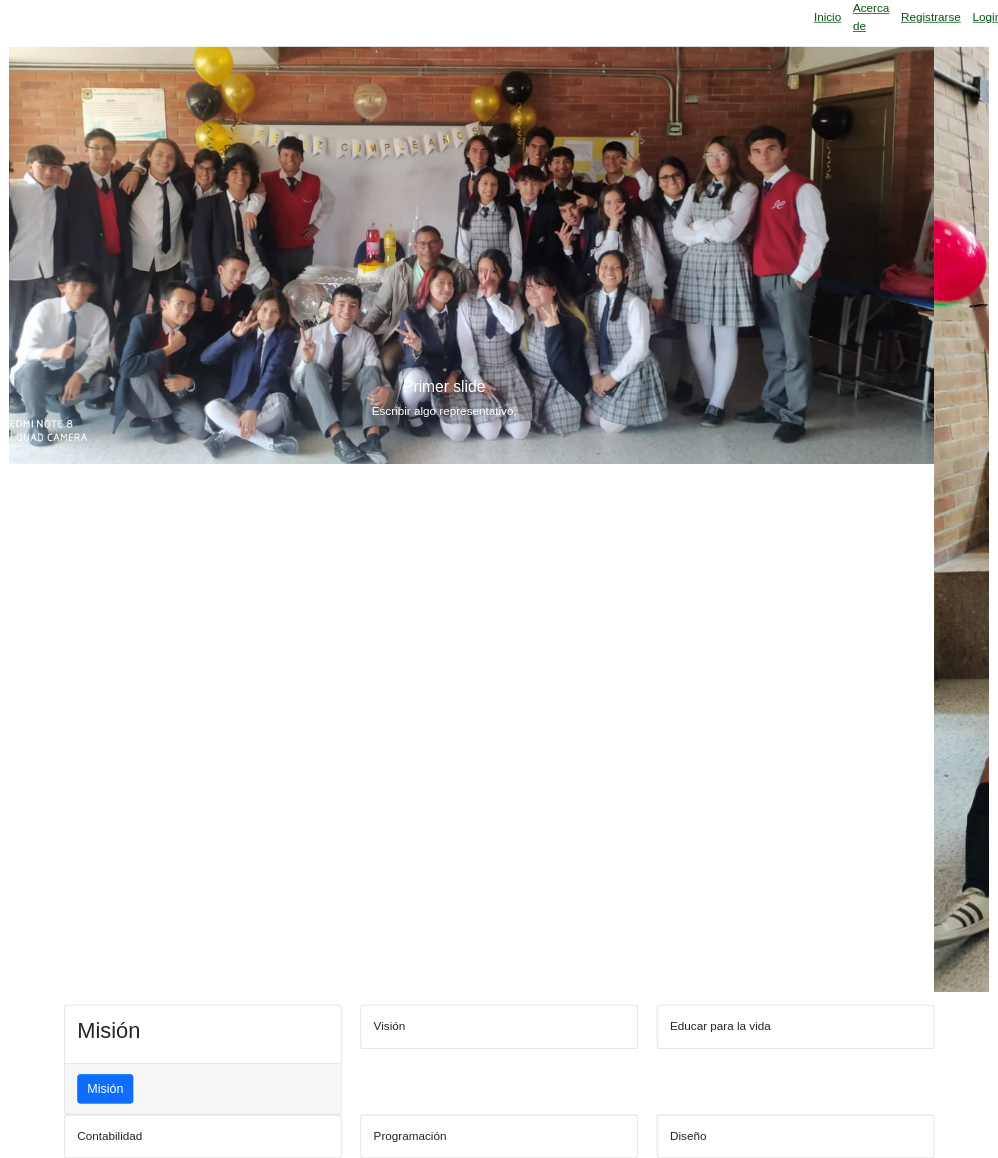
Repository: AntonnySant/webColegio
Page: index.html
These files come from the project's save history. The page is drawn as it stood at one moment and after a run of saves; the edit follows.
The browser window is 1280 px wide. The pictures show the whole page, at 78% of full size.

Above is the page before, as saved 2023-10-17 17:03:20.
Console error: TypeError: Cannot set properties of null (setting 'onclick')

### index.html
<!DOCTYPE html>
<html lang="en">

<head>
    <meta charset="UTF-8">
    <meta http-equiv="X-UA-Compatible" content="IE=edge">
    <meta name="viewport" content="width=device-width, initial-scale=1.0">
    <!-- Compiled and minified CSS -->
    <link href="https://cdn.jsdelivr.net/npm/bootstrap@5.0.2/dist/css/bootstrap.min.css" rel="stylesheet"
        integrity="sha384-EVSTQN3/azprG1Anm3QDgpJLIm9Nao0Yz1ztcQTwFspd3yD65VohhpuuCOmLASjC" crossorigin="anonymous">
    <link rel="stylesheet" type="text/css" href="./styles.css">

    <title>Document</title>
</head>

<body>
    <header class="header">
        <!-- <img src="https://juandelcorral.edu.co/wp-content/uploads/2023/03/escudo_2019_verde_fondo-670x1024.png"
            id="img_logo" alt="">
        <p>COLEGIO I.T.D. JUAN DEL CORRAL I.E.D.</p> -->
        <nav>
            <ul class="nav-right-section">
                <li><a href="#">Inicio</a></li>
                <li><a href="#">Acerca de</a></li>
                <li><a href="#">Registrarse</a>
                    <!-- <button id="openModal">Registrarse</button>
                    <div id="registrationModal" class="modal">
                        <div class="modal-content">
                            <span class="close" id="closeModal">&times;</span>
                            <h2>Registro</h2>
                            <form>
                                <label for="username">Nombre de usuario:</label>
                                <input type="text" id="username" name="username" required>
                                <label for="password">Contraseña:</label>
                                <input type="password" id="password" name="password" required>
                                <button type="submit">Registrarse</button>
                            </form>
                        </div>
                    </div> -->
                </li>
                <li><a href="#">Login</a>
                    <!-- <button id="openModalBtn">Iniciar sesión</button>
                    <div id="loginModal" class="modal">
                        <div class="modal-content">
                            <span class="close" id="closeModalBtn">&times;</span>
                            <h2>Iniciar sesión</h2>
                            <form>
                                <input type="text" placeholder="Usuario">
                                <input type="password" placeholder="Contraseña">
                                <button type="submit">Iniciar sesión</button>
                            </form>
                        </div>
                    </div> -->
                </li>
            </ul>
        </nav>
    </header>






    <div class="container-fluid">
        <!-- Carrosul dinamico con las 4 imagenes  -->
        <!-- <div class="container"> -->
        <div class="row py-3">
            <div id="carrusel" class="carousel slide" data-bs-ride="carousel">
                <div class="carousel-indicators">
                    <button type="button" data-bs-target="#carouselExampleCaptions" data-bs-slide-to="0" class="active"
                        aria-current="true" aria-label="Slide 1"></button>
                    <button type="button" data-bs-target="#carouselExampleCaptions" data-bs-slide-to="1"
                        aria-label="Slide 2"></button>
                    <button type="button" data-bs-target="#carouselExampleCaptions" data-bs-slide-to="2"
                        aria-label="Slide 3"></button>
                    <button type="button" data-bs-target="#carouselExampleCaptions" data-bs-slide-to="3"
                        aria-label="Slide 4"></button>
                </div>
                <div class="carousel-inner">
                    <div class="carousel-item active">
                        <img src="foto1.jpeg" class="d-block w-100 img-fluid" alt="...">
                        <div class="carousel-caption d-none d-md-block">
                            <h5>Primer slide</h5>
                            <p>Escribir algo representativo.</p>
                        </div>
                    </div>
                    <div class="carousel-item">
                        <img src="foto2.jpeg" class="d-block w-100 img-fluid" alt="...">
                        <div class="carousel-caption d-none d-md-block">
                            <h5>Segundo slide</h5>
                            <p>Escribir algo representativo.</p>
                        </div>
                    </div>

                    <div class="carousel-item">
                        <img src="foto3.jpeg" class="d-block w-100 img-fluid" alt="...">
                        <div class="carousel-caption d-none d-md-block">
                            <h5>Tercer slide</h5>
                            <p>Escribir algo representativo.</p>
                        </div>
                    </div>

                    <div class="carousel-item">
                        <img src="foto4.jpeg" class="d-block w-100 img-fluid" alt="...">
                        <div class="carousel-caption d-none d-md-block">
                            <h5>Cuarto slide</h5>
                            <p>Escribir algo representativo.</p>
                        </div>
                    </div>
                </div>
                <button class="carousel-control-prev" type="button" data-bs-target="#carouselExampleCaptions"
                    data-bs-slide="prev">
                    <span class="carousel-control-prev-icon" aria-hidden="true"></span>
                    <span class="visually-hidden">Previous</span>
                </button>
                <button class="carousel-control-next" type="button" data-bs-target="#carouselExampleCaptions"
                    data-bs-slide="next">
                    <span class="carousel-control-next-icon" aria-hidden="true"></span>
                    <span class="visually-hidden">Next</span>
                </button>
                <!-- </div> -->
            </div>
        </div>
        <!--Cierre carrusel-->

        <div class="container">
            <div class="row">
                <div class="col">
                    <div class="card">
                        <div class="card-body">
                            <h3>Misión</h3>
                            <!-- Button trigger modal -->



                            <!-- Modal -->
                            <div class="modal fade" id="exampleModal" tabindex="-1" aria-labelledby="exampleModalLabel"
                                aria-hidden="true">
                                <div class="modal-dialog">
                                    <div class="modal-content">
                                        <div class="modal-header">
                                            <h5 class="modal-title" id="exampleModalLabel">Modal title</h5>
                                            <button type="button" class="btn-close" data-bs-dismiss="modal"
                                                aria-label="Close"></button>
                                        </div>
                                        <div class="modal-body">
                                            ...
                                        </div>
                                        <div class="modal-footer">
                                            <button type="button" class="btn btn-secondary"
                                                data-bs-dismiss="modal">Close</button>
                                            <button type="button" class="btn btn-primary">Save changes</button>
                                        </div>
                                    </div>
                                </div>
                            </div>
                        </div>
                        <div class="card-footer">
                            <button type="button" class="btn btn-primary" data-bs-toggle="modal"
                                data-bs-target="#exampleModal">
                                Misión
                            </button>
                        </div>
                    </div>
                </div>
                <div class="col">
                    <div class="card">
                        <div class="card-body">
                            Visión
                            <div class="modal" tabindex="-1">
                                <div class="modal-dialog">
                                    <div class="modal-content">
                                        <div class="modal-header">
                                            <h5 class="modal-title">Modal title</h5>
                                            <button type="button" class="btn-close" data-bs-dismiss="modal"
                                                aria-label="Close"></button>
                                        </div>
                                        <div class="modal-body">
                                            <p>Modal body text goes here.</p>
                                        </div>
                                        <div class="modal-footer">
                                            <button type="button" class="btn btn-secondary"
                                                data-bs-dismiss="modal">Close</button>
                                            <button type="button" class="btn btn-primary">Save changes</button>
                                        </div>
                                    </div>
                                </div>
                            </div>
                        </div>
                    </div>
                </div>
                <div class="col">
                    <div class="card">
                        <div class="card-body">
                            Educar para la vida
                        </div>
                    </div>
                </div>
            </div>
        </div>

        <div class="container">
            <div class="row">
                <div class="col">
                    <div class="card">
                        <div class="card-body">
                            Contabilidad
                        </div>
                    </div>
                </div>
                <div class="col">
                    <div class="card">
                        <div class="card-body">
                            Programación
                        </div>
                    </div>
                </div>
                <div class="col">
                    <div class="card">
                        <div class="card-body">
                            Diseño
                        </div>
                    </div>
                </div>
            </div>
        </div>
    </div>

    <!-- Compiled and minified JavaScript -->
    <script src="https://cdn.jsdelivr.net/npm/bootstrap@5.0.2/dist/js/bootstrap.bundle.min.js"
        integrity="sha384-MrcW6ZMFYlzcLA8Nl+NtUVF0sA7MsXsP1UyJoMp4YLEuNSfAP+JcXn/tWtIaxVXM" crossorigin="anonymous">
    </script>
    <script src="script.js"></script>
</body>

</html>

### styles.css
/* styles.css */
/* Estilos para el encabezado */
body {
    margin: 0;
    padding: 0;
    font-size: 15px;
    font-family: Arial, Helvetica, sans-serif;
}

.header {
    position: fixed;
    /* top: 0;
    left: 0; */
    width: 100%;
    height: 60px;
    background-color: white;
    /* padding: 10px 0; */
    z-index: 1;
  }

  header nav {
    display: flex;
    justify-content: flex-end;
  }

  header nav .nav-right-section {
    width: 250px;
    height: auto;
    display: flex;
    list-style: none;
    justify-content: center;
    align-items: center;
  }

  nav .nav-right-section a {
    /* text-decoration: none; */
    margin-right: 15px;
    color: #07540E;
  }

  /* .header ul {
    list-style: none;
    margin: 0;
    padding: 0;
    float: right;
    margin: 15px;
  }

  .header ul li {
    display: flex;
    margin-right: 20px;
  }

  .header ul li:last-child {
    margin-right: 0;
  } */

  header p{
    margin-top: 15px;
    font-family: Arial, Helvetica, sans-serif;
    font-size: 36px;
    text-align: left;
    color: #07540E;

  }

  /* .content {
    margin-top: 60px;
  } */

  #carrusel {
    z-index: -2;
  }

.modal {
    display: none;
    position: fixed;
    top: 0;
    left: 0;
    width: 100%;
    height: 100%;
    background-color: rgba(0,0,0,0.5);
  }

  .modal-content {
    background-color: #fff;
    margin: 10% auto;
    padding: 20px;
    width: 300px;
    box-shadow: 0 4px 8px 0 rgba(0,0,0,0.2);
  }

  .close {
    float: right;
    font-size: 24px;
    cursor: pointer;
  }

  /* Estilos para el modal */
.modal {
    display: none;
    position: fixed;
    z-index: 1;
    left: 0;
    top: 0;
    width: 100%;
    height: 100%;
    background-color: rgba(0,0,0,0.7);
  }

  .modal-content {
    background-color: #fefefe;
    margin: 10% auto;
    padding: 20px;
    border: 1px solid #888;
    width: 50%;
  }

  .close {
    float: right;
    font-size: 20px;
    cursor: pointer;
  }

  /* Estilos para el botón "Registrarse" */
  #openModal {
    display: inline-block;
    padding: 10px 20px;
    background-color: #007bff;
    color: #fff;
    border: none;
    cursor: pointer;
  }

  /* Estilos para el formulario dentro del modal */
  form {
    display: flex;
    flex-direction: column;
  }

  label, input, button {
    margin: 5px 0;
  }

  img {
    height: 600px;
  }

  #img_logo {
    width: 120px;
    height: 140px;
    float: left;
    margin: 15px;
    margin-top: 10px;
  }


  /* Añade estilos adicionales según tu preferencia */

### script.js
// script.js
document.getElementById("openModalBtn").onclick = function() {
    document.getElementById("loginModal").style.display = "block";
  }

  document.getElementById("closeModalBtn").onclick = function() {
    document.getElementById("loginModal").style.display = "none";
  }

  window.onclick = function(event) {
    if (event.target === document.getElementById("loginModal")) {
      document.getElementById("loginModal").style.display = "none";
    }
  }


const openModalButton = document.getElementById("openModal");
const closeModalButton = document.getElementById("closeModal");
const registrationModal = document.getElementById("registrationModal");

openModalButton.addEventListener("click", () => {
  registrationModal.style.display = "block";
});

closeModalButton.addEventListener("click", () => {
  registrationModal.style.display = "none";
});

window.addEventListener("click", (event) => {
  if (event.target === registrationModal) {
    registrationModal.style.display = "none";
  }
});

var myModal = document.getElementById('myModal')
var myInput = document.getElementById('myInput')

myModal.addEventListener('shown.bs.modal', function () {
  myInput.focus()
})

After the next 2 saves:
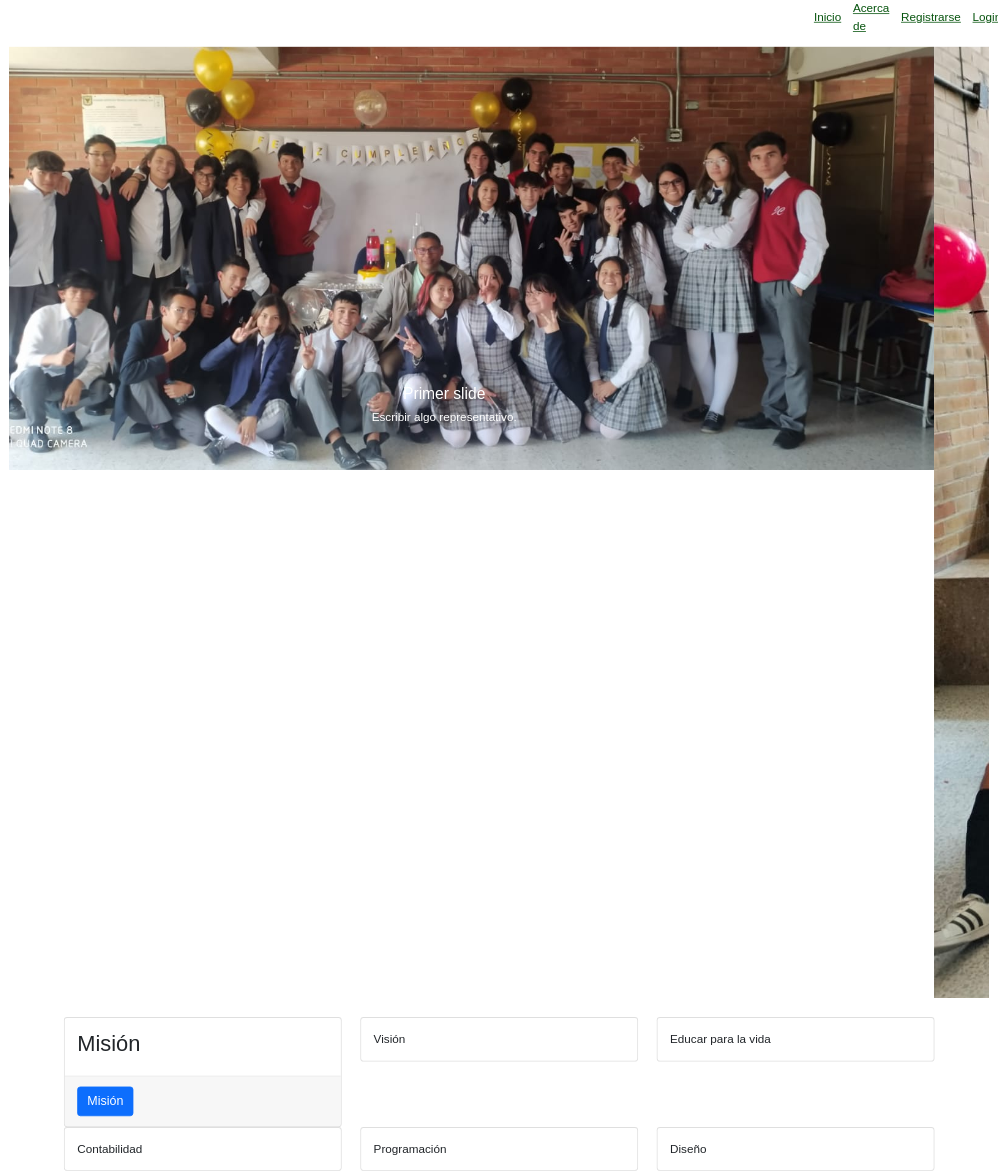
The 2 saves are shown as one change because they came seconds apart.
The last was saved 13 s later.
--- a/index.html
+++ b/index.html
@@ -64,7 +64,7 @@
     <div class="container-fluid">
         <!-- Carrosul dinamico con las 4 imagenes  -->
         <!-- <div class="container"> -->
-        <div class="row py-3">
+        <div class="row py-4">
             <div id="carrusel" class="carousel slide" data-bs-ride="carousel">
                 <div class="carousel-indicators">
                     <button type="button" data-bs-target="#carouselExampleCaptions" data-bs-slide-to="0" class="active"
